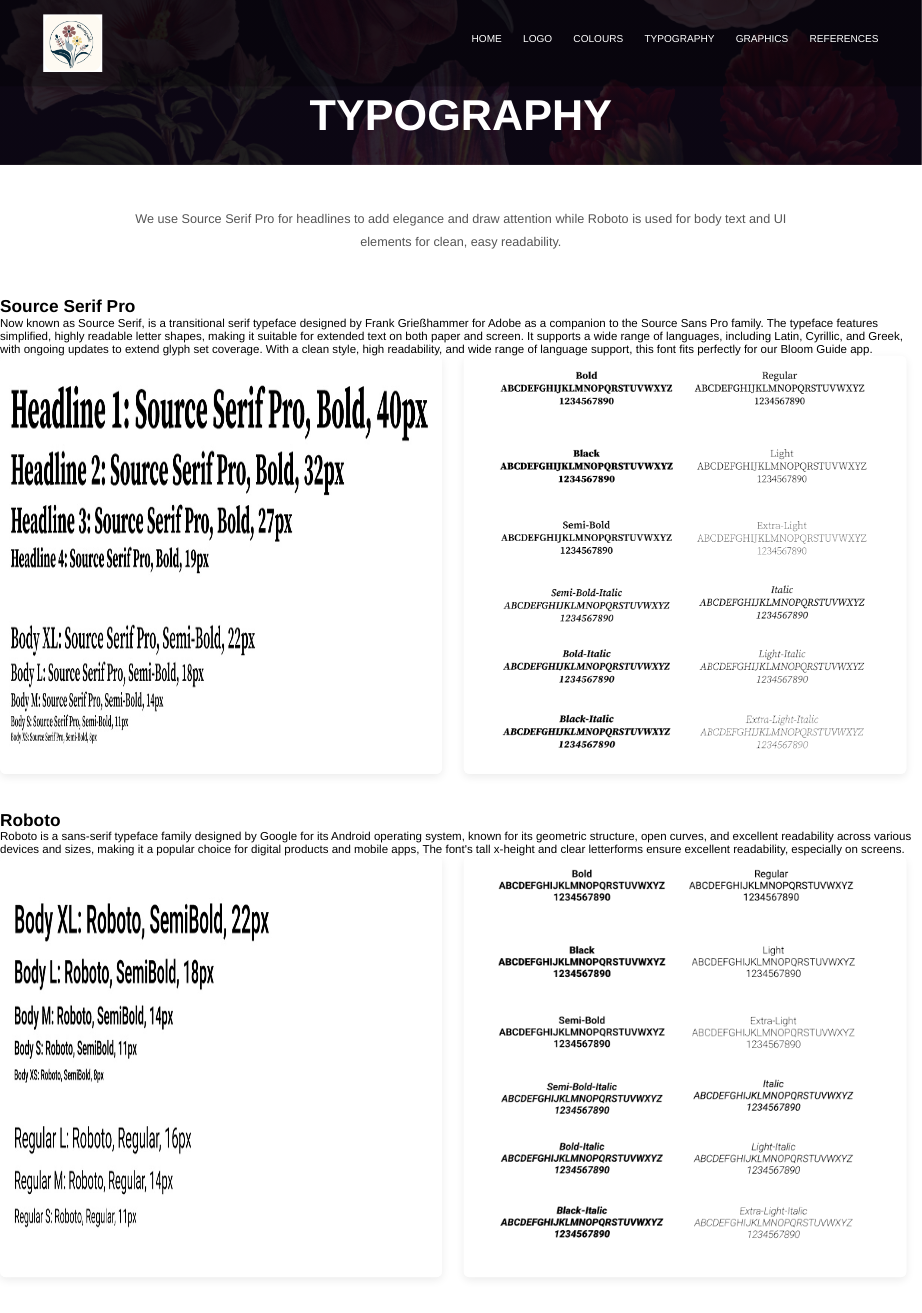
Repository: Emmalee06/styleguide-design2
Page: typography.html
These files come from the project's save history. The page is drawn as it stood at one moment and after the next save; the edit follows.
The browser window is 1280 px wide. The pictures show the whole page, at 72% of full size.

Above is the page before, as saved 2025-04-07 00:26:44.

After the next save:
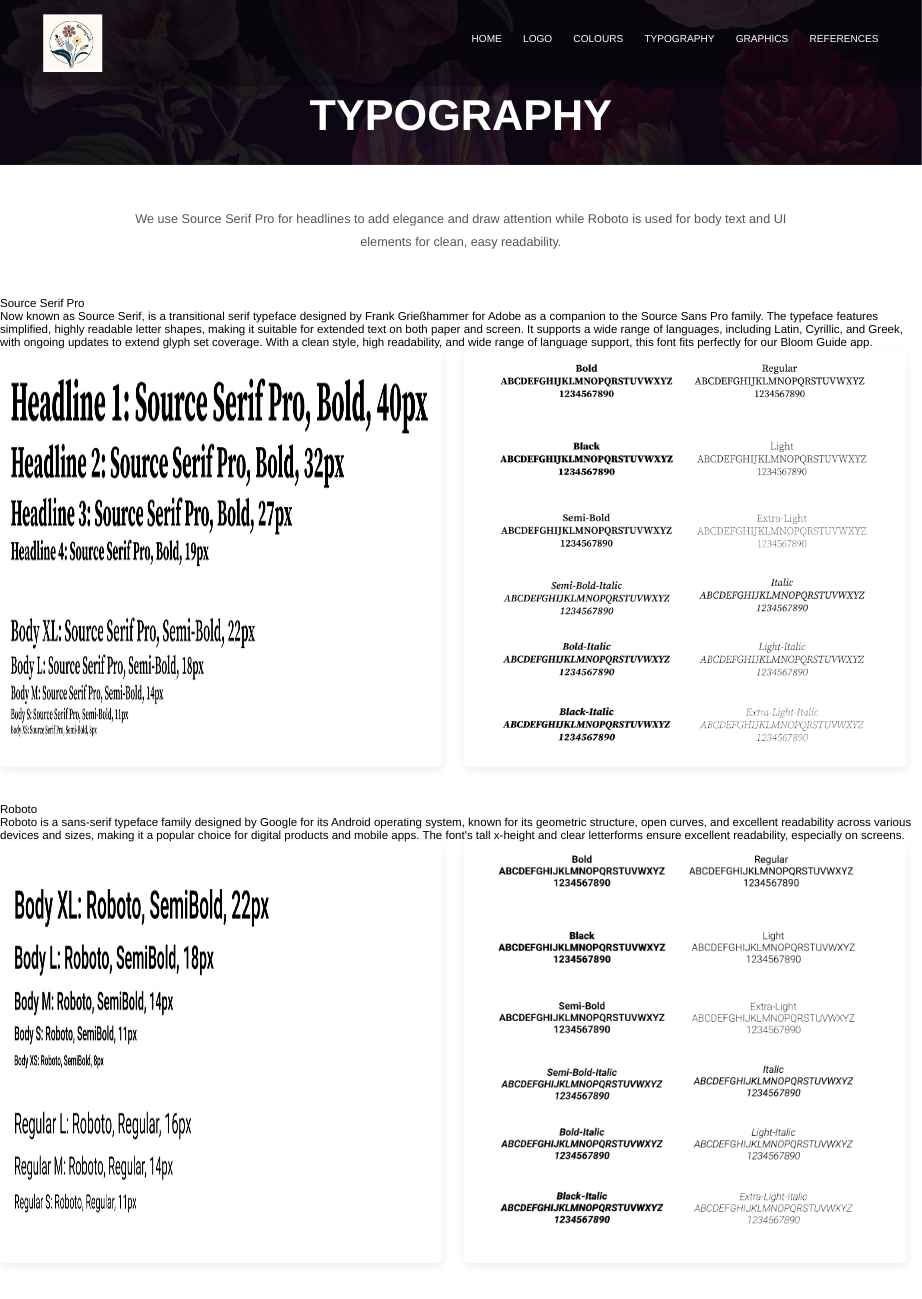
Saved 2 min 39 s later.
--- a/typography.html
+++ b/typography.html
@@ -37,31 +37,50 @@
     </section>
     <section class="typography">
         <!-- Source Serif Section -->
-        <h2 class="font-label">Source Serif Pro</h2>
-        <p>
-            Now known as Source Serif, is a transitional serif typeface designed by Frank Grießhammer for Adobe as a
-            companion to the Source Sans Pro family. The typeface features simplified, highly readable letter shapes,
-            making it suitable for extended text on both paper and screen. It supports a wide range of languages,
-            including Latin, Cyrillic, and Greek, with ongoing updates to extend glyph set coverage. With a clean style,
-            high readability, and wide range of language support, this font fits perfectly for our Bloom Guide app.
+        <div class="font-section">
+            <div class="font-header">Source Serif Pro</div>
 
-        <div class="font-image-row">
-            <img src="images/Serif.jpeg" alt="Source Serif definition" />
-            <img src="images/serif-ex.png" alt="Source Serif example" />
+            <div class="font-content">
+                <p>
+                    Now known as Source Serif, is a transitional serif typeface designed by Frank Grießhammer for Adobe
+                    as a
+                    companion to the Source Sans Pro family. The typeface features simplified, highly readable letter
+                    shapes,
+                    making it suitable for extended text on both paper and screen. It supports a wide range of
+                    languages,
+                    including Latin, Cyrillic, and Greek, with ongoing updates to extend glyph set coverage. With a
+                    clean style,
+                    high readability, and wide range of language support, this font fits perfectly for our Bloom Guide
+                    app.
+                </p>
+
+                <div class="font-image-row">
+                    <img src="images/Serif.jpeg" alt="Source Serif definition" />
+                    <img src="images/serif-ex.png" alt="Source Serif example" />
+                </div>
+            </div>
         </div>
 
         <!-- Roboto Section -->
-        <h2 class="font-label">Roboto</h2>
-        <p>
-            Roboto is a sans-serif typeface family designed by Google for its Android operating system, known for its
-            geometric structure, open curves, and excellent readability across various devices and sizes, making it a
-            popular choice for digital products and mobile apps, The font's tall x-height and clear letterforms ensure
-            excellent readability, especially on screens.
-        </p>
+        <div class="font-section">
+            <div class="font-header">Roboto</div>
 
-        <div class="font-image-row">
-            <img src="images/Roboto.jpeg" alt="Roboto definition" />
-            <img src="images/roboto-ex.png" alt="Roboto example" />
+            <div class="font-content">
+                <p>
+                    Roboto is a sans-serif typeface family designed by Google for its Android operating system, known
+                    for its
+                    geometric structure, open curves, and excellent readability across various devices and sizes, making
+                    it a
+                    popular choice for digital products and mobile apps. The font's tall x-height and clear letterforms
+                    ensure
+                    excellent readability, especially on screens.
+                </p>
+
+                <div class="font-image-row">
+                    <img src="images/Roboto.jpeg" alt="Roboto definition" />
+                    <img src="images/roboto-ex.png" alt="Roboto example" />
+                </div>
+            </div>
         </div>
     </section>
 </body>
